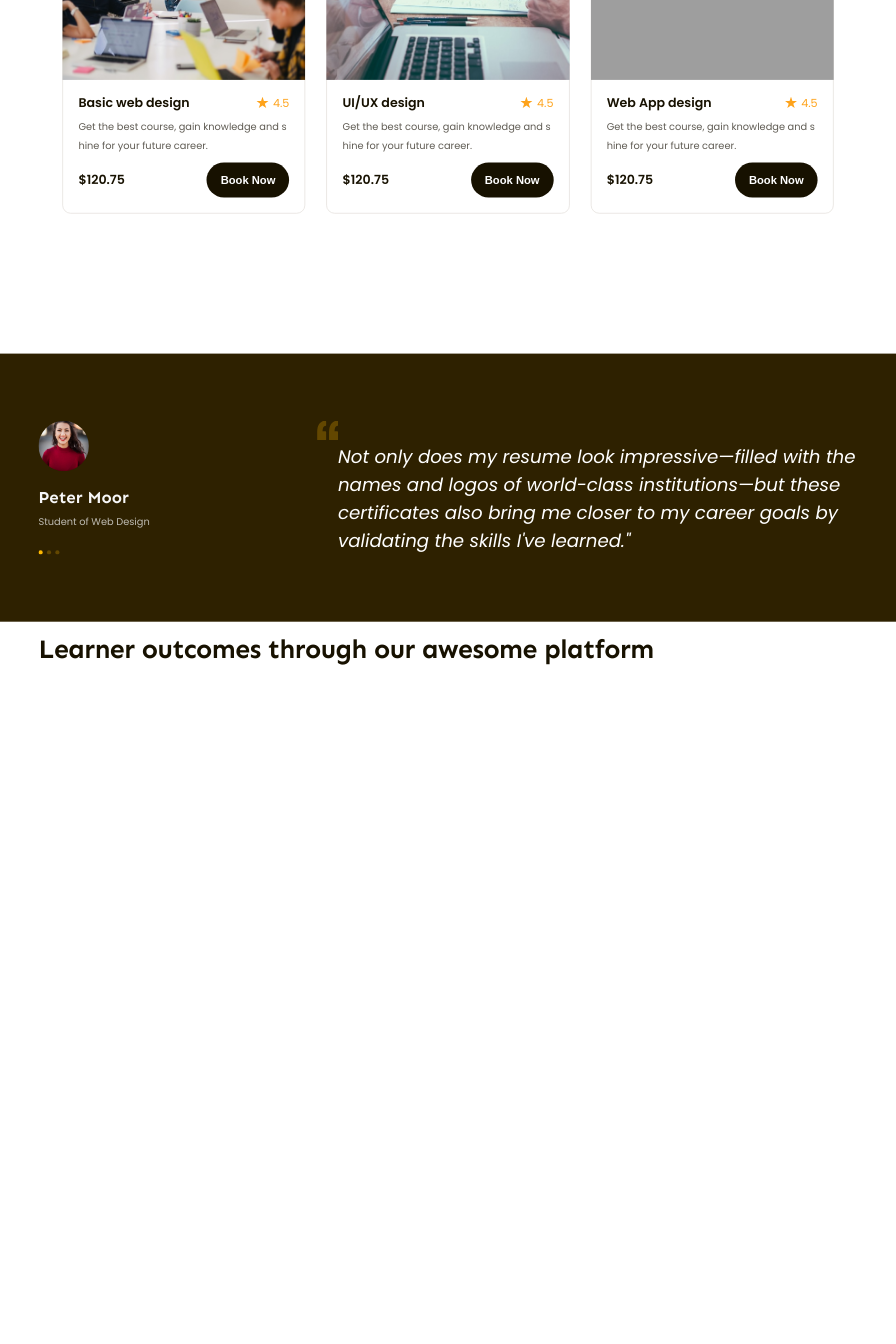
Repository: anhtien111198/f8-htmlcss-02
Page: index.html
An editor plug-in stored every save of this project. The page is shown before and after the next save, followed by the edit.
The browser window is 1280 px wide. The pictures show the part of the page from y = 1443 to 3363 px (the page is 5000 px tall), at 70% of full size.
Pictures or frames that could not be fetched are drawn as grey boxes. A picture or video elsewhere on the page could not be fetched, so the positions and the page height are approximate.

Above is the page before, as saved 2023-05-09 14:57:52.

### index.html
<!DOCTYPE html>
<html lang="en">
    <head>
        <meta charset="UTF-8" />
        <meta http-equiv="X-UA-Compatible" content="IE=edge" />
        <meta name="viewport" content="width=device-width, initial-scale=1.0" />
        <title>F8 project 02</title>
        <!-- reset css -->
        <link rel="stylesheet" href="./assets/css/reset.css" />
        <!-- font style -->
        <link rel="preconnect" href="https://fonts.googleapis.com" />
        <link rel="preconnect" href="https://fonts.gstatic.com" crossorigin />
        <link
            href="https://fonts.googleapis.com/css2?family=Poppins:ital,wght@0,400;0,500;0,600;0,700;0,800;0,900;1,400&family=Sen:wght@700&display=swap"
            rel="stylesheet"
        />
        <!-- style css -->
        <link rel="stylesheet" href="./assets/css/style.css" />
    </head>
    <body>
        <main style="height: 5000px">
            <!-- header -->
            <header class="header fixed">
                <div class="main-content">
                    <div class="body">
                        <img
                            src="./assets/img/Logo.svg"
                            alt="lesson."
                            class="logo"
                        />
                        <!-- nav -->
                        <nav class="nav">
                            <ul>
                                <li class="active">
                                    <a href="#!">Home</a>
                                </li>
                                <li>
                                    <a href="#!">Courses</a>
                                </li>
                                <li>
                                    <a href="#!">Pricing</a>
                                </li>
                                <li>
                                    <a href="#!">Reviews</a>
                                </li>
                            </ul>
                        </nav>
                        <!-- action -->
                        <div class="action">
                            <a href="#!" class="btn sign-up-btn">Sign Up</a>
                        </div>
                    </div>
                </div>
            </header>
            <!-- Hero -->
            <div class="hero">
                <div class="main-content">
                    <div class="body">
                        <!-- hero-left -->
                        <div class="media-block">
                            <img
                                src="./assets/img/hero-img-2.jpg"
                                alt="Learn without limits and spread knowledge."
                                class="img"
                            />
                            <div class="hero-summary">
                                <div class="item">
                                    <div class="icon">
                                        <img
                                            src="./assets/icons/list.svg"
                                            alt="list"
                                        />
                                    </div>
                                    <div class="info">
                                        <p class="label">20 Courses</p>
                                        <p class="title">UI/UX Design</p>
                                    </div>
                                </div>

                                <div class="item">
                                    <div class="icon">
                                        <img
                                            src="./assets/icons/code.svg"
                                            alt="list"
                                        />
                                    </div>
                                    <div class="info">
                                        <p class="label">20 Courses</p>
                                        <p class="title">Development</p>
                                    </div>
                                </div>

                                <div class="item">
                                    <div class="icon">
                                        <img
                                            src="./assets/icons/speaker.svg"
                                            alt="list"
                                        />
                                    </div>
                                    <div class="info">
                                        <p class="label">30 Courses</p>
                                        <p class="title">Marketing</p>
                                    </div>
                                </div>
                            </div>
                        </div>
                        <!-- hero right -->
                        <div class="content-block">
                            <h1 class="heading lv1">
                                Learn without limits and spread knowledge.
                            </h1>
                            <p class="desc">
                                Build new skills for that “this is my year”
                                feeling with courses, certificates, and degrees
                                from world-class universities and companies.
                            </p>
                            <div class="cta-group">
                                <a href="" class="btn hero-cta">See Course</a>
                                <button class="watch-video">
                                    <div class="icon">
                                        <img
                                            src="./assets/icons/play.svg"
                                            alt="play"
                                        />
                                    </div>
                                    <span>Watch Video</span>
                                </button>
                            </div>
                            <p class="desc">Recent engagement</p>
                            <p class="desc stats">
                                <strong>50K</strong> Students
                                <strong>70+</strong> Courses
                            </p>
                        </div>
                    </div>
                </div>
            </div>
            <!-- Popular -->
            <div class="popular">
                <div class="main-content">
                    <div class="popular-top">
                        <div class="info">
                            <h2 class="heading lv2">Our popular courses</h2>
                            <p class="desc">
                                Build new skills with new trendy courses and
                                shine for the next future career.
                            </p>
                        </div>
                        <div class="controls">
                            <button class="control-btn">
                                <svg
                                    width="8"
                                    height="14"
                                    viewBox="0 0 8 14"
                                    fill="none"
                                    xmlns="http://www.w3.org/2000/svg"
                                >
                                    <path
                                        d="M7 1L1 7L7 13"
                                        stroke="currentColor"
                                        stroke-linecap="round"
                                        stroke-linejoin="round"
                                    />
                                </svg>
                            </button>
                            <button class="control-btn">
                                <svg
                                    width="8"
                                    height="14"
                                    viewBox="0 0 8 14"
                                    fill="none"
                                    xmlns="http://www.w3.org/2000/svg"
                                >
                                    <path
                                        d="M1 1L7 7L1 13"
                                        stroke="currentColor"
                                        stroke-linecap="round"
                                        stroke-linejoin="round"
                                    />
                                </svg>
                            </button>
                        </div>
                    </div>

                    <div class="course-list">
                        <!-- course 1 -->
                        <div class="course-item">
                            <a href="#!">
                                <img
                                    src="./assets/img/course-1.jpg"
                                    alt="Basic web design"
                                    class="thumb"
                                />
                            </a>
                            <div class="info">
                                <div class="head">
                                    <h3 class="title">
                                        <a
                                            href="#!"
                                            class="line-clamp break-all"
                                        >
                                            Basic web design
                                        </a>
                                    </h3>
                                    <div class="rating">
                                        <img
                                            src="./assets/icons/star.svg"
                                            alt="star"
                                            class="star"
                                        />
                                        <span class="value">4.5</span>
                                    </div>
                                </div>
                                <p class="desc line-clamp line-2 break-all">
                                    Get the best course, gain knowledge and
                                    shine for your future career.
                                </p>
                                <div class="foot">
                                    <span class="price">$120.75</span>
                                    <button class="btn book-btn">
                                        Book Now
                                    </button>
                                </div>
                            </div>
                        </div>

                        <!-- course-2 -->
                        <div class="course-item">
                            <a href="">
                                <img
                                    src="./assets/img/course-2.jpg"
                                    alt="UI/UX design"
                                    class="thumb"
                                />
                            </a>
                            <div class="info">
                                <div class="head">
                                    <h3 class="title">
                                        <a href="" class="line-clamp break-all">
                                            UI/UX design
                                        </a>
                                    </h3>
                                    <div class="rating">
                                        <img
                                            src="./assets/icons/star.svg"
                                            alt="star"
                                            class="star"
                                        />
                                        <span class="value">4.5</span>
                                    </div>
                                </div>
                                <p class="desc line-clamp line-2 break-all">
                                    Get the best course, gain knowledge and
                                    shine for your future career.
                                </p>
                                <div class="foot">
                                    <span class="price">$120.75</span>
                                    <button class="btn book-btn">
                                        Book Now
                                    </button>
                                </div>
                            </div>
                        </div>
                        <!-- course 3 -->
                        <div class="course-item">
                            <a href="">
                                <img
                                    src="./assets/img/course-3.jpg"
                                    alt="Web App design"
                                    class="thumb"
                                />
                            </a>
                            <div class="info">
                                <div class="head">
                                    <h3 class="title">
                                        <a href="" class="line-clamp break-all"
                                            >Web App design</a
                                        >
                                    </h3>
                                    <div class="rating">
                                        <img
                                            src="./assets/icons/star.svg"
                                            alt="star"
                                            class="star"
                                        />
                                        <span class="value">4.5</span>
                                    </div>
                                </div>
                                <p class="desc line-clamp line-2 break-all">
                                    Get the best course, gain knowledge and
                                    shine for your future career.
                                </p>
                                <div class="foot">
                                    <span class="price">$120.75</span>
                                    <button class="btn book-btn">
                                        Book Now
                                    </button>
                                </div>
                            </div>
                        </div>
                    </div>
                </div>
            </div>
            <!-- Feedback -->
            <div class="feedback">
                <div class="main-content">
                    <div class="feedback-list">
                        <!-- feedback 1 -->
                        <div class="feedback-item">
                            <div class="info">
                                <img
                                    src="./assets/img/avatar-1.jpg"
                                    alt="Peter Moor"
                                    class="avatar"
                                />
                                <p class="title">Peter Moor</p>
                                <p class="desc">Student of Web Design</p>
                                <div class="dots">
                                    <span class="dot active"></span>
                                    <span class="dot"></span>
                                    <span class="dot"></span>
                                </div>
                            </div>
                            <div class="content">
                                <img
                                    src="./assets/icons/open-quote.svg"
                                    alt=""
                                    class="open-quotes"
                                />
                                <blockquote>
                                    Not only does my resume look
                                    impressive—filled with the names and logos
                                    of world-class institutions—but these
                                    certificates also bring me closer to my
                                    career goals by validating the skills I've
                                    learned."
                                </blockquote>
                            </div>
                        </div>
                        <!-- feedback 2 -->
                        <div class="feedback-item">
                            <div class="info">
                                <img
                                    src="./assets/img/feedback-avatar-2.jpg"
                                    alt="Peter Moor"
                                    class="avatar"
                                />
                                <p class="title">Peter Moor</p>
                                <p class="desc">Student of Web Design</p>
                                <div class="dots">
                                    <span class="dot"></span>
                                    <span class="dot active"></span>
                                    <span class="dot"></span>
                                </div>
                            </div>
                            <div class="content">
                                <img
                                    src="./assets/icons/open-quote.svg"
                                    alt=""
                                    class="open-quotes"
                                />
                                <blockquote>
                                    Not only does my resume look
                                    impressive—filled with the names and logos
                                    of world-class institutions—but these
                                    certificates also bring me closer to my
                                    career goals by validating the skills I've
                                    learned."
                                </blockquote>
                            </div>
                        </div>
                        <!-- feedback 3 -->
                        <div class="feedback-item">
                            <div class="info">
                                <img
                                    src="./assets/img/feedback-avatar-3.jpg"
                                    alt="Peter Moor"
                                    class="avatar"
                                />
                                <p class="title">Peter Moor</p>
                                <p class="desc">Student of Web Design</p>
                                <div class="dots">
                                    <span class="dot"></span>
                                    <span class="dot"></span>
                                    <span class="dotactive"></span>
                                </div>
                            </div>
                            <div class="content">
                                <img
                                    src="./assets/icons/open-quote.svg"
                                    alt=""
                                    class="open-quotes"
                                />
                                <blockquote>
                                    Not only does my resume look
                                    impressive—filled with the names and logos
                                    of world-class institutions—but these
                                    certificates also bring me closer to my
                                    career goals by validating the skills I've
                                    learned."
                                </blockquote>
                            </div>
                        </div>
                    </div>
                </div>
            </div>
            <!-- Features -->
            <div class="features">
                <div class="main-content">
                    <div class="body">
                        <div class="images">
                            <img src="" alt="" />
                            <img src="" alt="" />
                        </div>
                    </div>
                    <div class="content">
                        <h2 class="heading lv2">
                            Learner outcomes through our awesome platform
                        </h2>
                        <p class="desc"></p>
                        <p class="desc"></p>
                        <a href="" class="btn"></a>
                    </div>
                </div>
            </div>
        </main>
    </body>
</html>

Loaded but not shown: assets/css/reset.css (common file); assets/css/style.css (422 lines, source omitted)

After the next save:
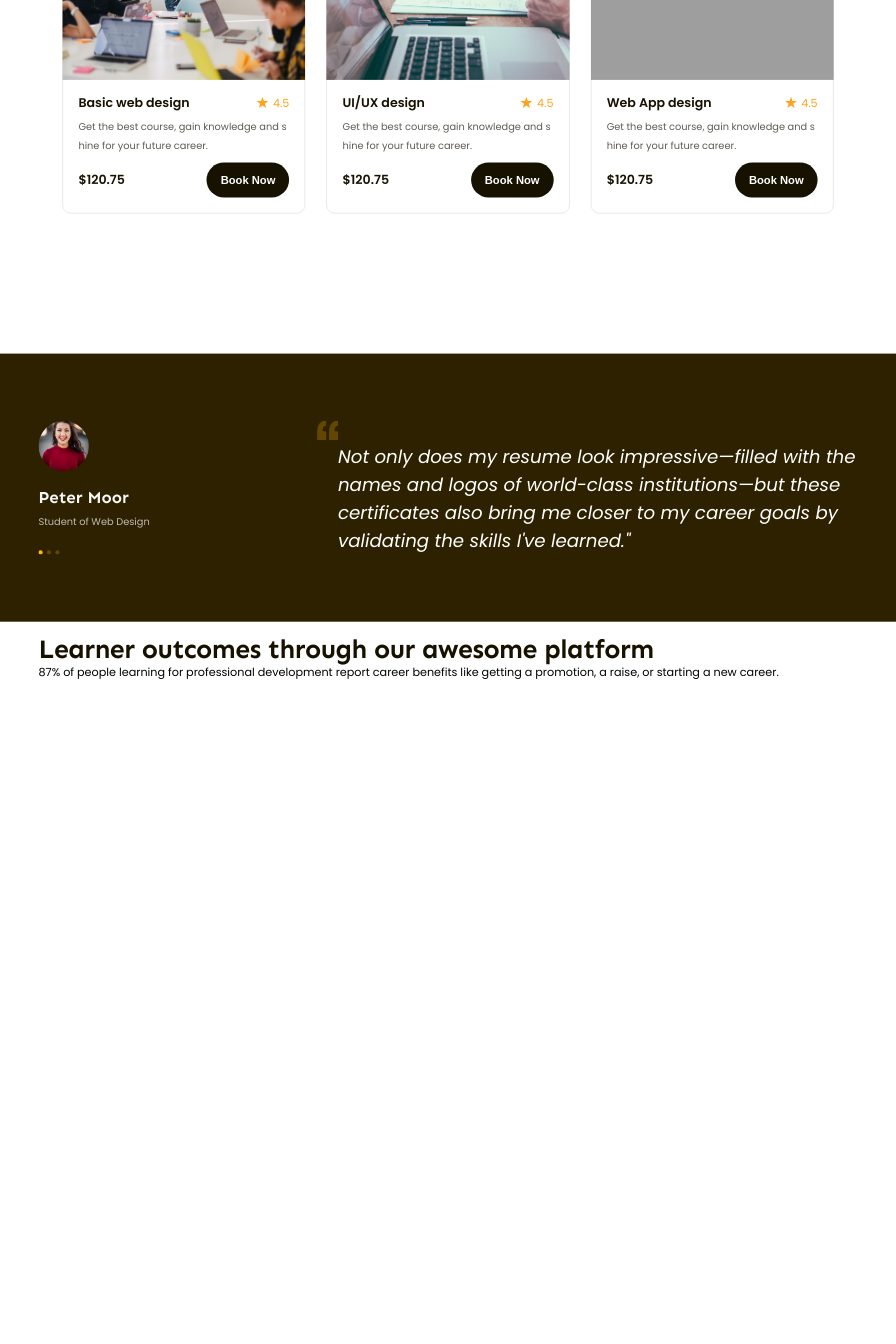
Saved 40 s later.
--- a/index.html
+++ b/index.html
@@ -417,7 +417,11 @@
                         <h2 class="heading lv2">
                             Learner outcomes through our awesome platform
                         </h2>
-                        <p class="desc"></p>
+                        <p class="desc">
+                            87% of people learning for professional development
+                            report career benefits like getting a promotion, a
+                            raise, or starting a new career.
+                        </p>
                         <p class="desc"></p>
                         <a href="" class="btn"></a>
                     </div>
